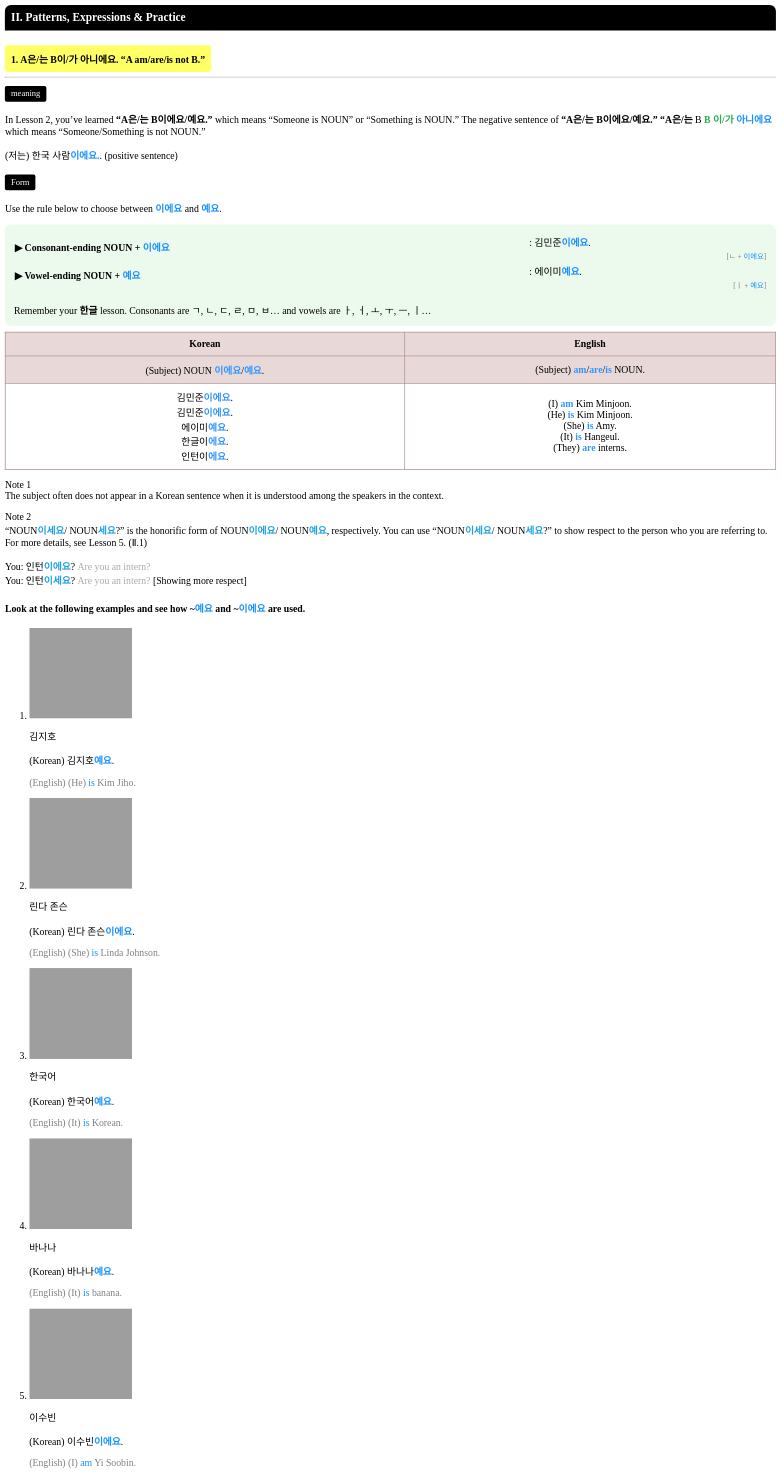
Repository: elliehong89/pineapple-content
Page: 1.anytimekorea/chap3/섹션6.html
The author's editor kept a copy of each file at every save. The page is drawn from the files as they stood at one save, then again after the next save.
The browser window is 1280 px wide. The pictures show the whole page, at 61% of full size.
Pictures or frames that could not be fetched are drawn as grey boxes.

Above is the page before, as saved 2025-02-19 18:19:05.

### 1.anytimekorea/chap3/섹션6.html
<h3 style="border-top-left-radius: 10px; border-top-right-radius: 10px; color: #ffffff; background-color: #000000; padding: 10px;">
	II. Patterns, Expressions &amp; Practice
</h3>
<div style="background-color: #FFFF66; margin-top:5px; padding: 10px; font-weight: bold; display: inline-block; border-radius: 5px;">
	1. A은/는 B이/가 아니에요. “A am/are/is not B.”
</div>
<hr>
<div style="background-color: black; color: white; display: inline-block; padding: 5px 10px; border-radius: 3px; font-size: 14px; margin-top: 5px;">
    meaning
</div>
<p>In Lesson 2, you’ve learned
    <span style="color: #000; font-weight: bold;">“A은/는 B이에요/예요.”</span>
    which means “Someone is NOUN” or “Something
    is NOUN.” The negative sentence of
    <span style="color: #000; font-weight: bold;">“A은/는 B이에요/예요.”</span>
    <span style="color: #000; font-weight: bold;">“A은/는</span> B
    <span style="color: #23B24B; font-weight: bold;">B 이/가</span>
    <span style="color: #1890FF; font-weight: bold;">아니에요</span>
    which means “Someone/Something is not NOUN.”
</p>
<p>
    (저는) 한국 사람<span style="color: #1890FF; font-weight: bold;">이에요.</span>. (positive sentence)
</p>

<div style="margin-top: 5px; background-color: black; color: white; display: inline-block; padding: 5px 10px; border-radius: 3px; font-size: 14px;">
    Form
</div>
<p>Use the rule below to choose between <span style="color: #1890FF; font-weight: bold;">이에요</span> and <span style="color: #1890FF; font-weight: bold;">예요</span>.</p>
<div style="background-color: #ECF9ED; padding: 15px; border-radius: 10px;">
    <table style="width: 100%; border-collapse: collapse;">
        <tbody>
            <tr>
                <td style="font-weight: bold; padding-bottom: 5px;">▶ Consonant-ending NOUN + <span style="color: #1890FF;"> 이에요</span></td>
                <td style="padding-left: 10px;">
                    <div style="margin-left: 20px;">
                        : 김민준<span style="color: #1890FF; font-weight: bold;">이에요</span>.
                        <div style="color: gray; font-size: 12px; margin-top: 3px; text-align: right;">[ㄴ + <span style="color: #1890FF;">이에요</span>]</div>
                    </div>
                </td>
            </tr>
            <tr>
                <td style="font-weight: bold; padding-bottom: 5px;">▶ Vowel-ending NOUN + <span style="color: #1890FF;">예요</span></td>
                <td style="padding-left: 10px;">
                    <div style="margin-left: 20px;">
                        : 에이미<span style="color: #1890FF; font-weight: bold;">예요</span>.
                        <div style="color: gray; font-size: 12px; margin-top: 3px; text-align: right;">[ㅣ + <span style="color: #1890FF;">예요</span>]</div>
                    </div>
                </td>
            </tr>
        </tbody>
    </table>
    <br>
    Remember your <span style="font-weight: bold;">한글</span> lesson. Consonants are ㄱ, ㄴ, ㄷ, ㄹ, ㅁ, ㅂ… and vowels are ㅏ, ㅓ, ㅗ, ㅜ, ㅡ, ㅣ…
</div>

<div style="padding-top: 10px; border-radius: 10px;">
    <table style="width: 100%; border-collapse: collapse; background-color: #e8d8d8; border: 1px solid #a68585; ">
        <tbody>
            <tr>
                <td style="border: 1px solid #a68585; padding: 10px; text-align: center;"><strong>Korean</strong></td>
                <td style="border: 1px solid #a68585; padding: 10px; text-align: center;"><strong>English</strong></td>
            </tr>
            <tr>
                <td style="border: 1px solid #a68585; padding: 10px; text-align: center;">
                    (Subject) NOUN <span style="color: #3396ff; font-weight: bold;">이에요</span>/<span style="color: #3396ff; font-weight: bold;">예요</span>.
                </td>
                <td style="border: 1px solid #a68585; padding: 10px; text-align: center;">
                    (Subject) <span style="color: #3396ff; font-weight: bold;">am</span>/<span style="color: #3396ff; font-weight: bold;">are</span>/<span style="color: #3396ff; font-weight: bold;">is</span> NOUN.
                </td>
            </tr>
            <tr>
                <td style="background-color: #ffffff; border: 1px solid #a68585; padding: 10px; text-align: center;">
                    김민준<span style="color: #3396ff; font-weight: bold;">이에요</span>.<br>
                    김민준<span style="color: #3396ff; font-weight: bold;">이에요</span>.<br>
                    에이미<span style="color: #3396ff; font-weight: bold;">예요</span>.<br>
                    한글이<span style="color: #3396ff; font-weight: bold;">에요</span>.<br>
                    인턴이<span style="color: #3396ff; font-weight: bold;">에요</span>.
                </td>
                <td style="background-color: #ffffff; border: 1px solid #a68585; padding: 10px; text-align: center;">
                    (I) <span style="color: #3396ff; font-weight: bold;">am</span> Kim Minjoon.<br>
                    (He) <span style="color: #3396ff; font-weight: bold;">is</span> Kim Minjoon.<br>
                    (She) <span style="color: #3396ff; font-weight: bold;">is</span> Amy.<br>
                    (It) <span style="color: #3396ff; font-weight: bold;">is</span> Hangeul.<br>
                    (They) <span style="color: #3396ff; font-weight: bold;">are</span> interns.
                </td>
            </tr>
        </tbody>
    </table>
</div>

<div class="background_image">
    <p>Note 1<br>The subject often does not appear in a Korean sentence when it is understood among the speakers in the context.</p>
</div>
<div class="background_image">
    <p>Note 2<br>“NOUN<strong><span style="color: #1fa1e3;">이세요</span></strong>/ NOUN<span style="color: #1fa1e3;"><strong>세요</strong></span>?” is the honorific form of NOUN<span style="color: #1fa1e3;"><strong>이에요</strong></span>/ NOUN<span style="color: #1fa1e3;"><strong>예요</strong></span>, respectively. You can use “NOUN<span style="color: #1fa1e3;"><strong>이세요</strong></span>/ NOUN<span style="color: #1fa1e3;"><strong>세요</strong></span>?” to show respect to the person who you are referring to. For more details, see Lesson 5. (Ⅱ.1)</p>
    <p>You: 인턴<span style="color: #1fa1e3;"><strong>이에요</strong></span>? <span style="color: #aba9a9;">Are you an intern?</span><br>You: 인턴<span style="color: #1fa1e3;"><strong>이세요</strong></span>? <span style="color: #aba9a9;">Are you an intern?</span> [Showing more respect]</p>
</div>

<h4>Look at the following examples and see how ~<span style="color: #1890FF;">예요</span> and ~<span style="color: #1890FF;">이에요</span> are used.</h4>
<ol>
    <li>
        <p><img alt="김지호" height="149" src="http://api.pineapple.ac:80/textbook/textbookContents/images/9781635190151/9be83f09-9541-4a58-8665-4bd77b7334d3.png" width="169"></p>
        <p class="caption">김지호</p>
        <p>(Korean) 김지호<span style="color: #1890FF; font-weight: bold;">예요</span>.</p>
        <p style="color: gray;">(English) (He) <span style="color: #1890FF;">is</span> Kim Jiho.</p>
    </li>
    <li>
        <p><img alt="린다 존슨" height="149" src="http://api.pineapple.ac:80/textbook/textbookContents/images/9781635190151/9be83f09-9541-4a58-8665-4bd77b7334d3.png" width="169"></p>
        <p class="caption">린다 존슨</p>
        <p>(Korean) 린다 존슨<span style="color: #1890FF; font-weight: bold;">이에요</span>.</p>
        <p style="color: gray;">(English) (She) <span style="color: #1890FF;">is</span> Linda Johnson.</p>
    </li>
    <li>
        <p><img alt="한국어" height="149" src="http://api.pineapple.ac:80/textbook/textbookContents/images/9781635190151/9be83f09-9541-4a58-8665-4bd77b7334d3.png" width="169"></p>
        <p class="caption">한국어</p>
        <p>(Korean) 한국어<span style="color: #1890FF; font-weight: bold;">예요</span>.</p>
        <p style="color: gray;">(English) (It) <span style="color: #1890FF;">is</span> Korean.</p>
    </li>
    <li>
        <p><img alt="바나나" height="149" src="http://api.pineapple.ac:80/textbook/textbookContents/images/9781635190151/9be83f09-9541-4a58-8665-4bd77b7334d3.png" width="169"></p>
        <p class="caption">바나나</p>
        <p>(Korean) 바나나<span style="color: #1890FF;"><strong>예요</strong></span>.</p>
        <p style="color: gray;">(English) (It) <span style="color: #1890FF;">is</span> banana.</p>
    </li>
    <li>
        <p><img alt="이수빈" height="149" src="http://api.pineapple.ac:80/textbook/textbookContents/images/9781635190151/9be83f09-9541-4a58-8665-4bd77b7334d3.png" width="169"></p>
        <p class="caption">이수빈</p>
        <p>(Korean) 이수빈<span style="color: #1890FF;"><strong>이에요</strong></span>.</p>
        <p style="color: gray;">(English) (I) <span style="color: #1890FF;">am</span> Yi Soobin.</p>
    </li>
</ol>

After the next save:
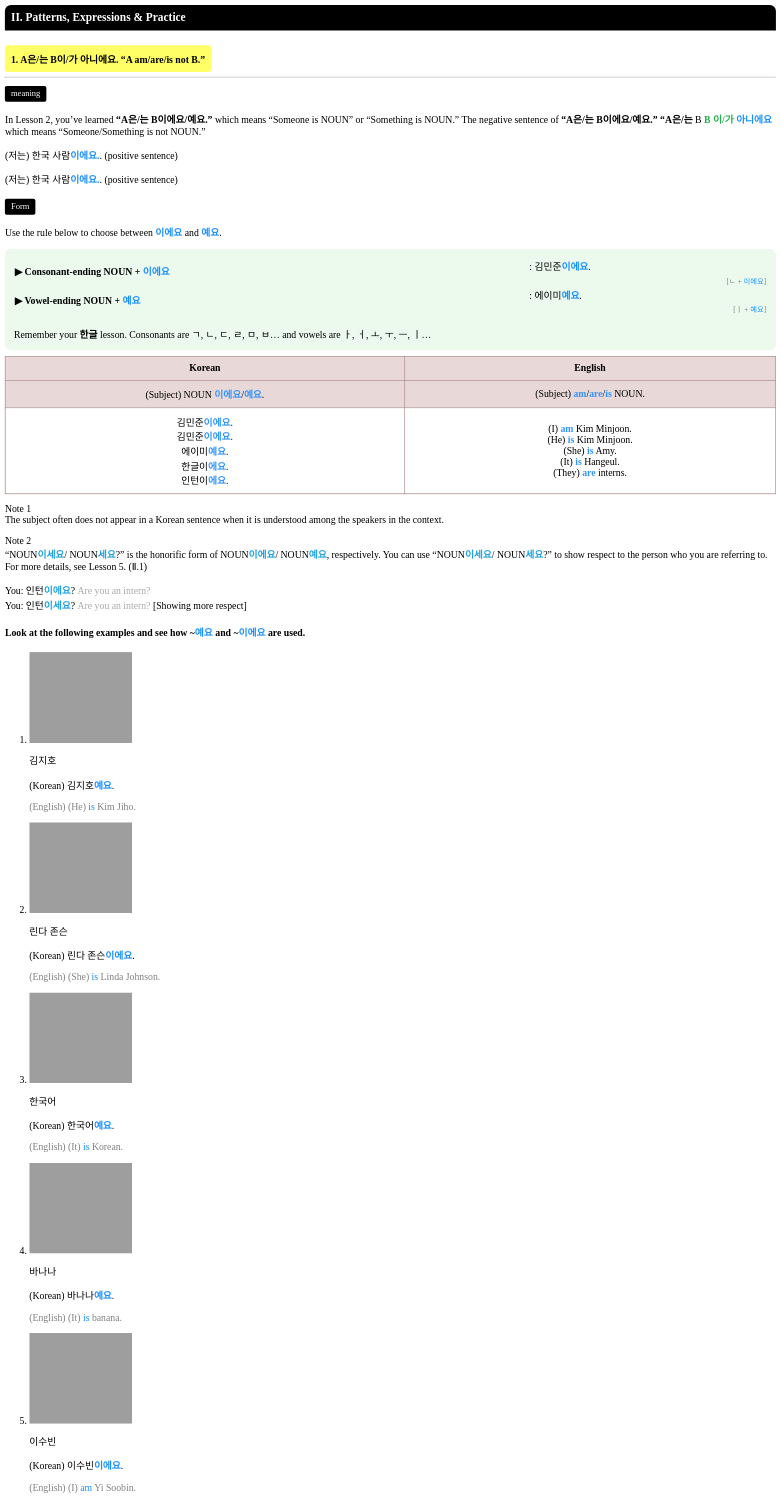
Saved 63 s later.
--- a/1.anytimekorea/chap3/섹션6.html
+++ b/1.anytimekorea/chap3/섹션6.html
@@ -17,6 +17,9 @@
     <span style="color: #23B24B; font-weight: bold;">B 이/가</span>
     <span style="color: #1890FF; font-weight: bold;">아니에요</span>
     which means “Someone/Something is not NOUN.”
+</p>
+<p>
+    (저는) 한국 사람<span style="color: #1890FF; font-weight: bold;">이에요.</span>. (positive sentence)
 </p>
 <p>
     (저는) 한국 사람<span style="color: #1890FF; font-weight: bold;">이에요.</span>. (positive sentence)
